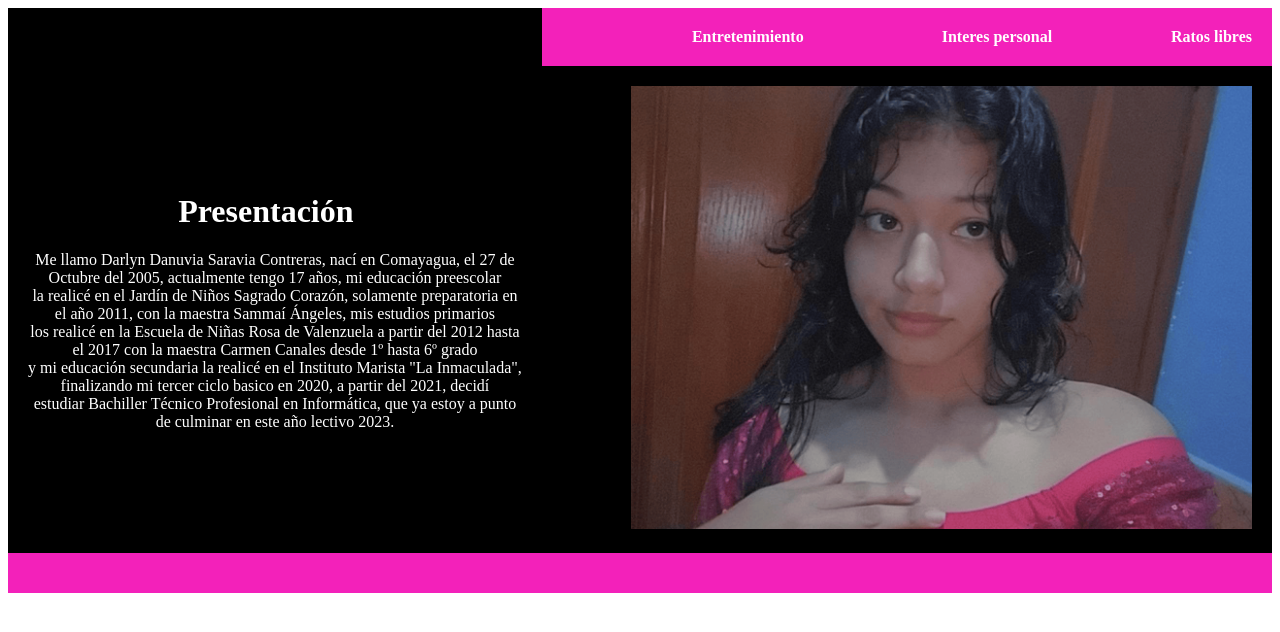
Repository: darlyn-saravia27/portafolio-darlynsaravia
Page: archivoshtml/index.html
These files come from the project's save history. The page is drawn as it stood at one moment and after the next save; the edit follows.
The browser window is 1280 px wide. The pictures show the whole page.

Above is the page before, as saved 2023-03-04 22:30:39.

After the next save:
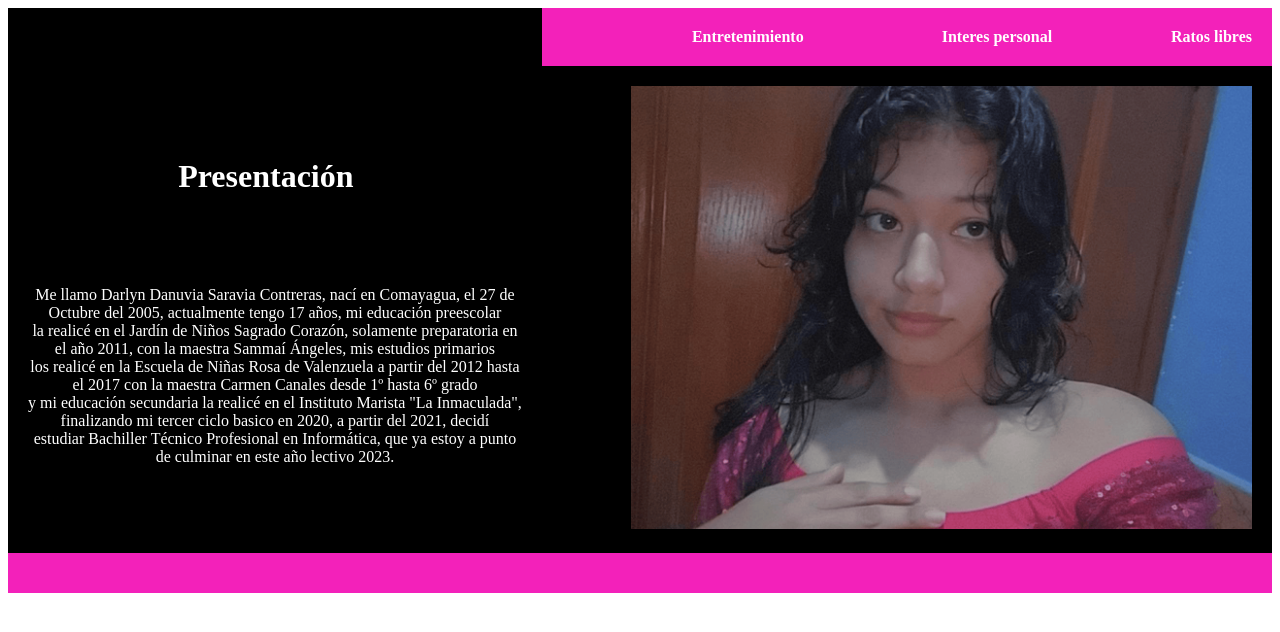
Saved 27 s later.
--- a/archivoshtml/index.html
+++ b/archivoshtml/index.html
@@ -17,7 +17,9 @@
     <tr bgcolor="#000000">
         <td align="center">
             <h1><font color="white">Presentación</font>></h1>
-
+            <br>
+            <br>
+            <br>
             <p><font color="white"> Me llamo Darlyn Danuvia Saravia Contreras, nací en Comayagua,
                 el 27 de Octubre del 2005, actualmente tengo 17 años, mi educación preescolar <br>la realicé
                 en el Jardín de Niños Sagrado Corazón, solamente preparatoria en el año 2011,
